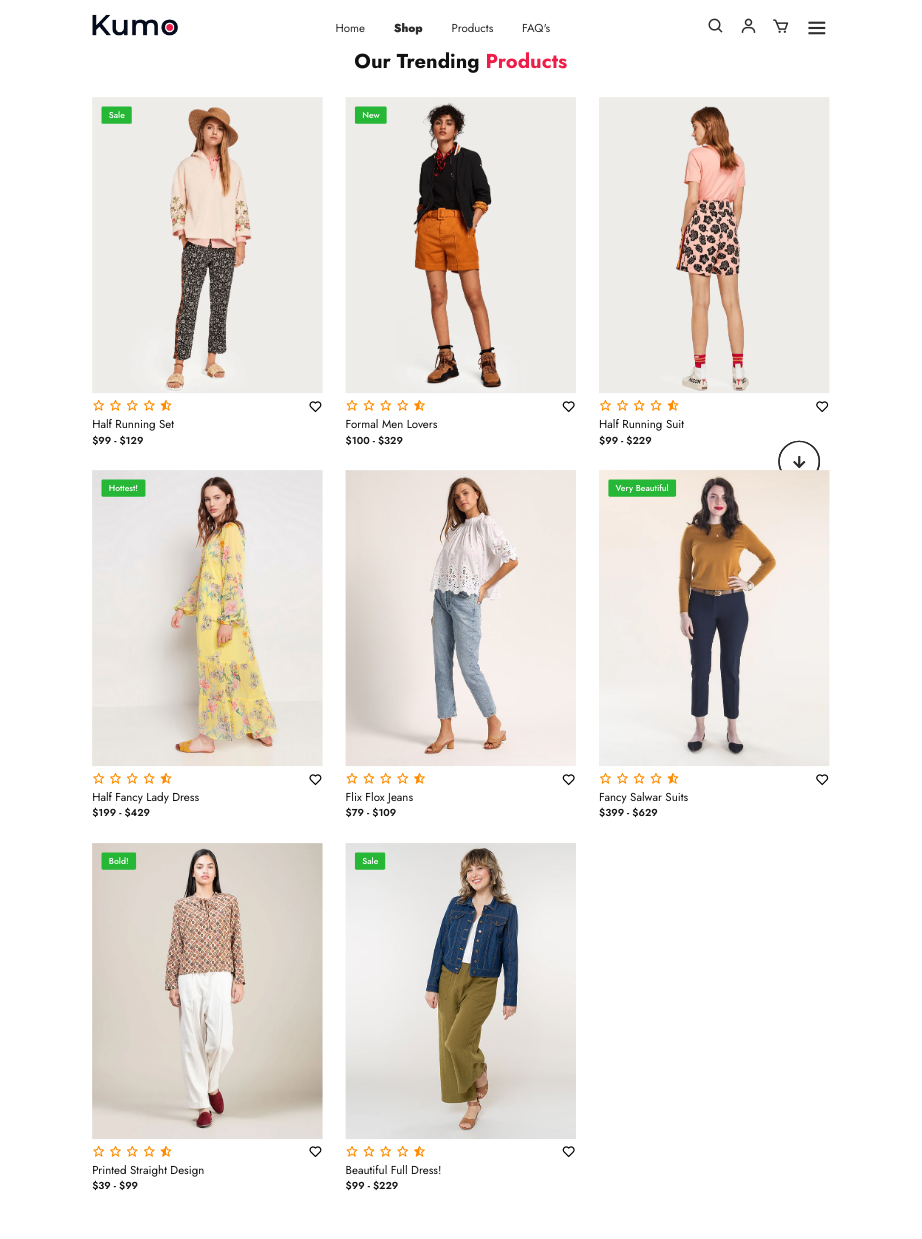
Repository: isaacCodes1/Kumo-Website.
Page: shop.html
These files come from the project's save history. The page is drawn as it stood at one moment and after a run of saves; the edit follows.
The browser window is 1280 px wide. The pictures show the whole page, at 72% of full size.

Above is the page before, as saved 2024-03-23 09:37:11.

### shop.html
<!DOCTYPE html>
<html lang="en">
  <head>
    <meta charset="UTF-8" />
    <meta name="viewport" content="width=device-width, initial-scale=1.0" />
    <link rel="stylesheet" href="style.css" />
    <link rel="preconnect" href="https://fonts.googleapis.com" />
    <link rel="preconnect" href="https://fonts.gstatic.com" crossorigin />
    <link
      href="https://fonts.googleapis.com/css2?family=Bricolage+Grotesque:opsz,wght@12..96,200..800&family=Jost:ital,wght@0,100..900;1,100..900&family=Montserrat:ital,wght@0,100..900;1,100..900&family=Poppins:ital,wght@0,100;0,200;0,300;0,400;0,500;0,600;0,700;0,800;0,900;1,100;1,200;1,300;1,400;1,500;1,600;1,700;1,800;1,900&display=swap"
      rel="stylesheet"
    />
    <link
      rel="stylesheet"
      href="https://cdnjs.cloudflare.com/ajax/libs/font-awesome/6.5.1/css/all.min.css"
      integrity="sha512-DTOQO9RWCH3ppGqcWaEA1BIZOC6xxalwEsw9c2QQeAIftl+Vegovlnee1c9QX4TctnWMn13TZye+giMm8e2LwA=="
      crossorigin="anonymous"
      referrerpolicy="no-referrer"
    />
    <link
      rel="stylesheet"
      href="https://unpkg.com/boxicons@latest/css/boxicons.min.css"
    />
    <link rel="stylesheet" href="Mediaquery.css" />
    <title>Document</title>
  </head>
  <body>
    <header>
      <a href="index.html" class="logo"><img src="Assets/logo.png" alt="" /></a>
      <ul class="navmenu">
        <li><a href="index.html">Home</a></li>
        <li><a style="font-weight: 900" href="shop.html">Shop</a></li>
        <li><a href="products.html">Products</a></li>
        <li><a href="Questions.html">FAQ's</a></li>
      </ul>
      <div class="nav-icon">
        <a href="#"><i class="bx bx-search"></i></a>
        <a href="#"><i class="bx bx-user"></i></a>
        <a href="#"><i class="bx bx-cart"></i></a>
        <div class="bx bx-menu" id="menu-icon"></div>
      </div>
    </header>
    <div class="down-arrow">
      <a href="#trending" class="down"><i class="bx bx-down-arrow-alt"></i></a>
    </div>
    <div class="down-arrow">
      <a href="#trending" class="down"><i class="bx bx-down-arrow-alt"></i></a>
    </div>
    <!-- <trending-products-section-->
    <section class="trending-product" id="trending">
      <div class="center-text">
        <h2>Our Trending <span>Products</span></h2>
      </div>
      <div class="products">
        <div class="row">
          <img src="/Assets/1.jpg" alt="" />
          <div class="product-text">
            <h5>Sale</h5>
          </div>
          <div class="heart-icon">
            <i class="bx bx-heart"></i>
          </div>
          <div class="ratting">
            <i class="bx bx-star"></i>
            <i class="bx bx-star"></i>
            <i class="bx bx-star"></i>
            <i class="bx bx-star"></i>
            <i class="bx bxs-star-half"></i>
          </div>
          <div class="price">
            <h4>Half Running Set</h4>
            <p>$99 - $129</p>
          </div>
        </div>

        <div class="row">
          <img src="/Assets/2.jpg" alt="" />
          <div class="product-text">
            <h5>New</h5>
          </div>
          <div class="heart-icon">
            <i class="bx bx-heart"></i>
          </div>
          <div class="ratting">
            <i class="bx bx-star"></i>
            <i class="bx bx-star"></i>
            <i class="bx bx-star"></i>
            <i class="bx bx-star"></i>
            <i class="bx bxs-star-half"></i>
          </div>
          <div class="price">
            <h4>Formal Men Lovers</h4>
            <p>$100 - $329</p>
          </div>
        </div>
        <div class="row">
          <img src="/Assets/3.jpg" alt="" />
          <div class="heart-icon">
            <i class="bx bx-heart"></i>
          </div>
          <div class="ratting">
            <i class="bx bx-star"></i>
            <i class="bx bx-star"></i>
            <i class="bx bx-star"></i>
            <i class="bx bx-star"></i>
            <i class="bx bxs-star-half"></i>
          </div>
          <div class="price">
            <h4>Half Running Suit</h4>
            <p>$99 - $229</p>
          </div>
        </div>
        <div class="row">
          <img src="/Assets/4.jpg" alt="" />
          <div class="product-text">
            <h5>Hottest!</h5>
          </div>
          <div class="heart-icon">
            <i class="bx bx-heart"></i>
          </div>
          <div class="ratting">
            <i class="bx bx-star"></i>
            <i class="bx bx-star"></i>
            <i class="bx bx-star"></i>
            <i class="bx bx-star"></i>
            <i class="bx bxs-star-half"></i>
          </div>
          <div class="price">
            <h4>Half Fancy Lady Dress</h4>
            <p>$199 - $429</p>
          </div>
        </div>
        <div class="row">
          <img src="/Assets/5.jpg" alt="" />
          <div class="heart-icon">
            <i class="bx bx-heart"></i>
          </div>
          <div class="ratting">
            <i class="bx bx-star"></i>
            <i class="bx bx-star"></i>
            <i class="bx bx-star"></i>
            <i class="bx bx-star"></i>
            <i class="bx bxs-star-half"></i>
          </div>
          <div class="price">
            <h4>Flix Flox Jeans</h4>
            <p>$79 - $109</p>
          </div>
        </div>
        <div class="row">
          <img src="/Assets/6.jpg" alt="" />
          <div class="product-text">
            <h5>Very Beautiful</h5>
          </div>
          <div class="heart-icon">
            <i class="bx bx-heart"></i>
          </div>
          <div class="ratting">
            <i class="bx bx-star"></i>
            <i class="bx bx-star"></i>
            <i class="bx bx-star"></i>
            <i class="bx bx-star"></i>
            <i class="bx bxs-star-half"></i>
          </div>
          <div class="price">
            <h4>Fancy Salwar Suits</h4>
            <p>$399 - $629</p>
          </div>
        </div>
        <div class="row">
          <img src="/Assets/7.jpg" alt="" />
          <div class="product-text">
            <h5>Bold!</h5>
          </div>
          <div class="heart-icon">
            <i class="bx bx-heart"></i>
          </div>
          <div class="ratting">
            <i class="bx bx-star"></i>
            <i class="bx bx-star"></i>
            <i class="bx bx-star"></i>
            <i class="bx bx-star"></i>
            <i class="bx bxs-star-half"></i>
          </div>
          <div class="price">
            <h4>Printed straight Design</h4>
            <p>$39 - $99</p>
          </div>
        </div>
        <div class="row">
          <img src="/Assets/8.jpg" alt="" />
          <div class="product-text">
            <h5>Sale</h5>
          </div>
          <div class="heart-icon">
            <i class="bx bx-heart"></i>
          </div>
          <div class="ratting">
            <i class="bx bx-star"></i>
            <i class="bx bx-star"></i>
            <i class="bx bx-star"></i>
            <i class="bx bx-star"></i>
            <i class="bx bxs-star-half"></i>
          </div>
          <div class="price">
            <h4>Beautiful Full Dress!</h4>
            <p>$99 - $229</p>
          </div>
        </div>
      </div>
    </section>
  </body>
  <script src="java.js"></script>
</html>

### style.css
* {
  margin: 0;
  padding: 0;
  box-sizing: border-box;
  scroll-behavior: smooth;
  font-family: "Jost", sans-serif;
  list-style-type: none;
  text-decoration: none;
}
header {
  position: fixed;
  width: 100%;
  top: 0;
  right: 0;
  z-index: 1000;
  display: flex;
  align-items: center;
  justify-content: space-between;
  padding: 20px 10%;
}
.logo img {
  max-width: 120px;
  height: auto;
}
.navmenu {
  display: flex;
}
.navmenu li :hover {
  background: #000;
}
.navmenu a {
  color: #2c2c2c;
  font-size: 16px;
  text-transform: capitalize;
  padding: 10px 20px;
  font-weight: 400;
  transition: all 0.42s ease;
}
.navmenu a:hover {
  color: #ee1c47;
}
.nav-icon {
  display: flex;
  align-items: center;
}
.nav-icon i {
  margin-right: 20px;
  color: #2c2c2c;
  font-size: 25px;
  font-weight: 400;
  transition: all 0.42s ease;
}
.nav-icon i:hover {
  transform: scale(1.05);
  color: #ee1c47;
}
#menu-icon {
  font-size: 35px;
  color: #2c2c2c;
  z-index: 10001;
  cursor: pointer;
}
section {
  padding: 5% 10%;
}
.main-home {
  width: 100%;
  height: 100vh;
  background-image: url(Assets/banner-3.png);
  background-position: center;
  background-size: cover;
  display: grid;
  grid-template-columns: repeat(1, 1fr);
  align-items: center;

}
.main-text h5 {
  color: #ee1c47;
  font-size: 16px;

  text-transform: capitalize;
  font-weight: 500;
}
.main-text h1 {
  color: #000;
  font-size: 65px;
  text-transform: capitalize;
  line-height: 1.1;
  font-weight: 600;
  margin: 6px 0 10px;
}
.main-text p {
  color: #333c56;
  font-size: 20px;
  font-style: italic;
  margin-bottom: 20px;
}
.main-btn {
  display: inline-block;
  color: #111;
  font-size: 16px;
  font-weight: 500;
  text-transform: capitalize;
  border: 2px solid#111;
  padding: 12px 25px;
  transition: all 0.42s ease;
}
.main-btn:hover {
  background: #000;
  color: #fff;
}
.main-btn i {
  vertical-align: middle;
}
.down-arrow {
  position: absolute;
  top: 85%;
  right: 11%;
}
.down i {
  font-size: 30px;
  color: #2c2c2c;
  border: 2px solid #2c2c2c;
  border-radius: 50px;
  padding: 12px 12px;
}
.down i:hover {
  background: #2c2c2c;
  color: #fff;
  transition: all 0.42s ease;
}
header.sticky {
  background: #fff;
  padding: 20px 10%;
  box-shadow: 0px 0px 10px rgb(0 0 0 /10%);
}
/* trending-section-css */
.center-text h2 {
  color: #111;
  font-size: 28px;
  text-transform: capitalize;
  text-align: center;
  margin-bottom: 30px;
}
.center-text span {
  color: #ee1c47;
}
.products {
  display: grid;
  grid-template-columns: repeat(auto-fit, minmax(260px, auto));
  gap: 2rem;
}
.row {
  position: relative;
  transition: all 0.4s;
}
.row img {
  width: 100%;
  height: auto;
  transition: all 0.4s;
}
.row img:hover {
  transform: scale(0.9);
}
.product-text h5 {
  position: absolute;
  top: 13px;
  left: 13px;
  color: #fff;
  font-size: 12px;
  font-weight: 500;
  text-transform: capitalize;
  background: #27b737;
  padding: 3px 10px;
  border-radius: 2px;
}
.heart-icon {
  position: absolute;
  right: 0;
  font-size: 20px;
}
.heart-icon:hover {
  color: #ee1c47;
}
.ratting {
  color: #ff8c00;
  font-size: 18px;
}

.price h4 {
  color: #111;
  font-size: 16px;
  text-transform: capitalize;
  font-weight: 400;
}
.price p {
  color: #151515;
  font-size: 14px;
  font-weight: 600;
}
.client-reviews {
  background: #f3f4f6;
}
.reviews {
  text-align: center;
}
.reviews h3 {
  color: #111;
  font-size: 25px;
  text-transform: capitalize;
  text-align: center;
  font-weight: 700;
}
.reviews img {
  width: 100px;
  height: auto;
  border-radius: 80px;
  margin: 10px 0;
}
.reviews p {
  color: #707070;
  font-size: 16px;
  font-weight: 400;
  line-height: 25px;
  margin-bottom: 10px;
}
.reviews h2 {
  font-size: 22px;
  color: #000;
  font-weight: 400;
  text-transform: capitalize;
  margin-bottom: 2px;
}
/* update-section-css */
.up-center-text h2 {
  text-align: center;
  color: #111;
  font-size: 25px;
  text-transform: capitalize;
  font-weight: 700;
  margin-bottom: 30px;
}
.cart img {
  width: 350px;
  height: auto;
  border-radius: 5px;
}
.update-cart {
  display: grid;
  grid-template-columns: repeat(auto-fit, minmax(380px, auto));
  gap: 1px;
}
.cart h5 {
  color: #636872;
  font-size: 14px;
  text-transform: capitalize;
  font-weight: 500;
}
.cart h4 {
  color: #111;
  font-size: 18px;
  font-weight: 600;
}
.cart p {
  color: #707070;
  font-size: 15px;
  max-width: 380px;
  line-height: 25px;
  margin-bottom: 12px;
}
.cart h6 {
  color: #151515;
  font-size: 14px;
  font-weight: 500;
}
/* contact-section */
.contact {
    background: #dbdbdb;

}
.contact-info{
    display: grid;
    grid-template-columns: repeat(auto-fit, minmax(160px, auto));
    gap: 3rem;
}
.first-info img{
    width: 140px;
    height: auto;
}
.contact-info h4{
    color:#212529;
    font-size: 14px;
    text-transform: uppercase;
    margin-bottom: 10px;
}
.contact-info p{
    color: #565656;
    font-size: 14px;
    font-weight: 400;
    text-transform: capitalize;
    line-height: 1.5;
    margin-bottom: 10px;
    cursor:pointer;
    transition: all .42s;
}
.contact-info p:hover{
    color:#ee1c47;
}
.social-icon i{
    color: #565656;
    margin-right: 10px;
    font-size: 20px;
    transition: all .42s;
}
.social-icon i:hover{
    transform: scale(1.3);
}
.end-text{
    text-align: center;
    background: #edfff1;
    padding: 20px;
}
.end-text p{
    color: #111;
    text-transform: capitalize;
}

### Mediaquery.css
@media (890px) {
  header {
    padding: 20px 3%;
    transition: 0.4s;
  }
  .center-text h2 {
    font-size: 12px;
  }
}
@media (max-width: 630px) {
  .main-text h1 {
    font-size: 50px;
    transition: 0.4s;
  }
  .main-text p {
    font-size: 18px;
    transition: 0.4s;
  }
  .main-btn {
    padding: 10px 20px;
    transition: 0.4s;
  }
  .center-text h2 {
    font-size: 12px;
  }
}
@media (max-width: 750px) {
  .navmenu {
    position: absolute;
    top: 100%;
    right: -100%;
    width: 300px;
    height: 130vh;
    background: #edfff1;
    display: flex;
    flex-direction: column;
    align-items: center;
    padding: 120px 30px;
    transition: all 0.42s;
  }
  .navmenu a {
    display: block;
    margin: 18px 0;
  }
  .navmenu.open {
    right: 0;
  }
  .center-text h2 {
    font-size: 12px;
  }
}
@media(max-width: 700px){
    .center-text h2{
        font-size: 0;
    }
    .header{
      margin-bottom: 20px;
      color: #000;
    }
    .cart{
      align-items: center;
      display: flex;
      flex-direction: column;
    }
    .cart img{
      width: 270px;
      margin-right: 80px;
    }
    .cart p{
      font-size: 10px;
      margin-right: 80px;
    }
    .cart h4{
      font-size: 12px;
      margin-right: 80px;
    }
    .cart h6{
      font-size: 10px;
      margin-right: 80px;
    }
    .contact-info{
      display: flex;
      flex-direction: column;
      align-items: center
      ;
    }
}

### java.js
const header = document.querySelector("header");

window.addEventListener("scroll", function () {
  header.classList.toggle("sticky", window.scrollY > 0);
});

let menu = document.querySelector("#menu-icon");
let navmenu = document.querySelector(".navmenu");

menu.onclick = () => {
  menu.classList.toggle("bx-x");
  navmenu.classList.toggle("open");
};

After the next 3 saves:
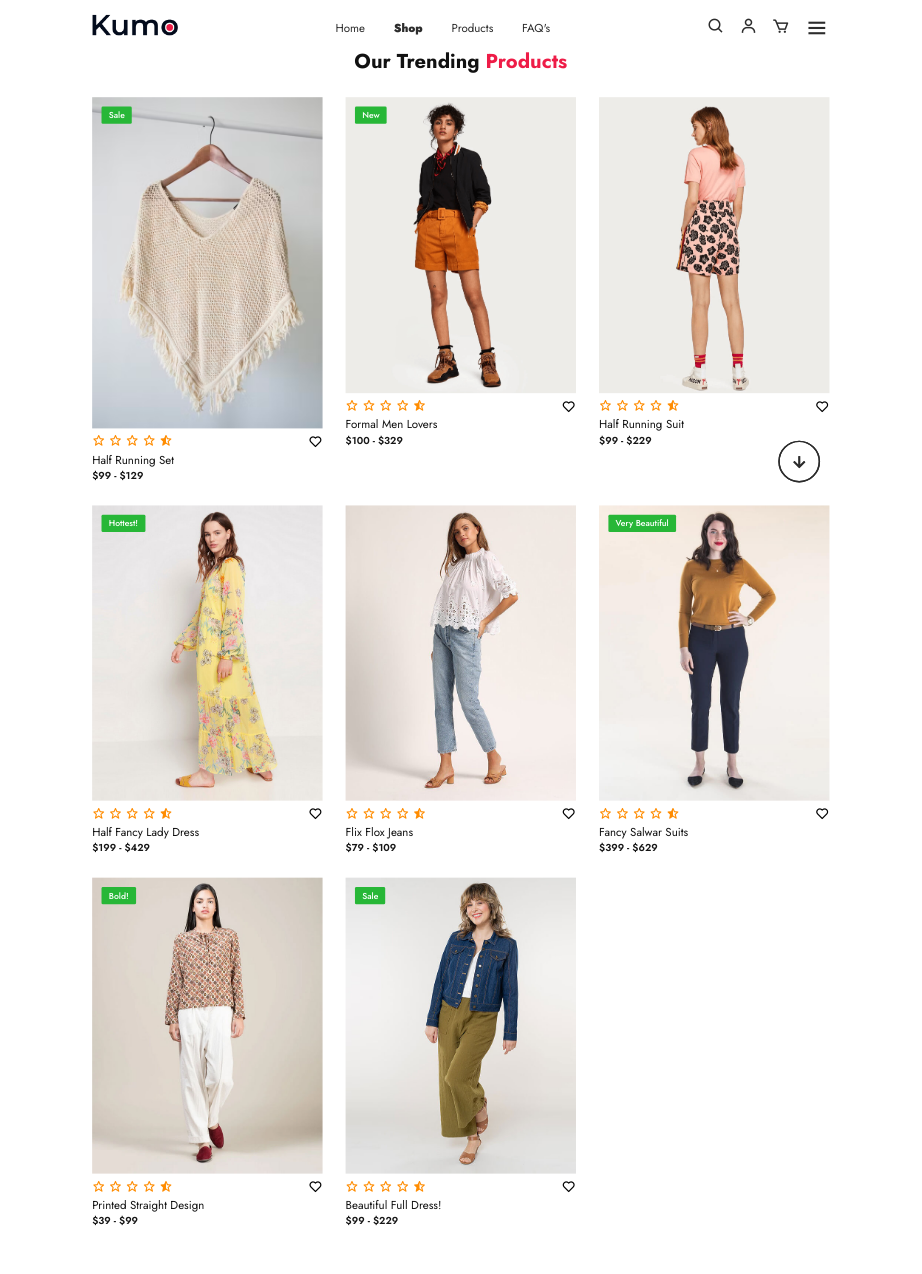
The 3 saves are shown as one change because they came seconds apart.
The last was saved 14 s later.
--- a/shop.html
+++ b/shop.html
@@ -53,7 +53,7 @@
       </div>
       <div class="products">
         <div class="row">
-          <img src="/Assets/1.jpg" alt="" />
+          <img src="/Assets/Clothes1.avif" alt="" />
           <div class="product-text">
             <h5>Sale</h5>
           </div>
